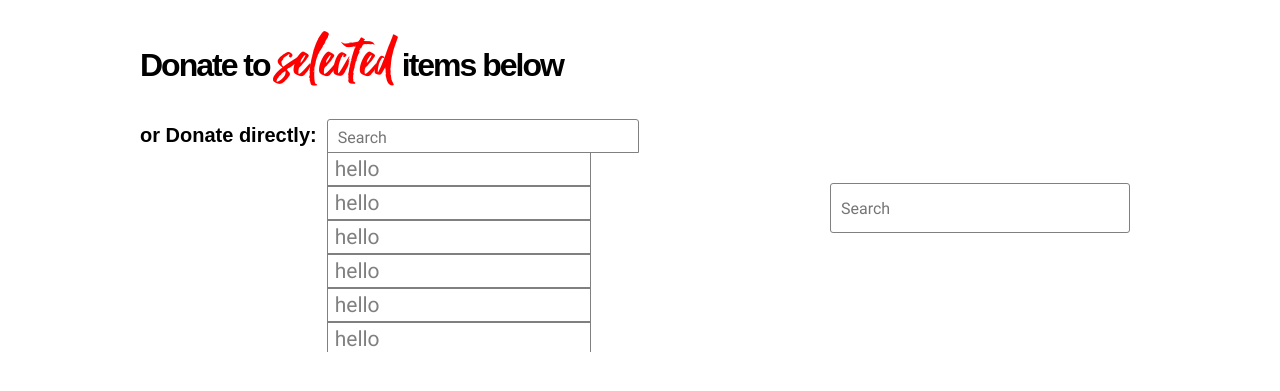
Repository: David-Waite/edableStyleChanges
Page: /
The author's editor kept a copy of each file at every save. The page is drawn from the files as they stood at one save, then again after the next save.
The browser window is 1280 px wide. The pictures show the whole page.
The project was rebuilt for these pictures with package versions that can differ from the ones it lists, and the page was loaded fresh each time. Also part of the build but not shown: src/components/Item/ProgressBar.css, src/components/Volunteer/Volunteer.tsx, src/components/DonorForm/Message.css, src/components/Volunteer/VolunteerError.tsx, src/components/Default.tsx, src/components/DonorForm/Paypal.tsx, src/components/DonorForm/DonorForm.tsx, src/components/DonorForm/PastDonations.css and 8 more.

Above is the page before, as saved 2022-11-09 19:50:44.

After the next save:
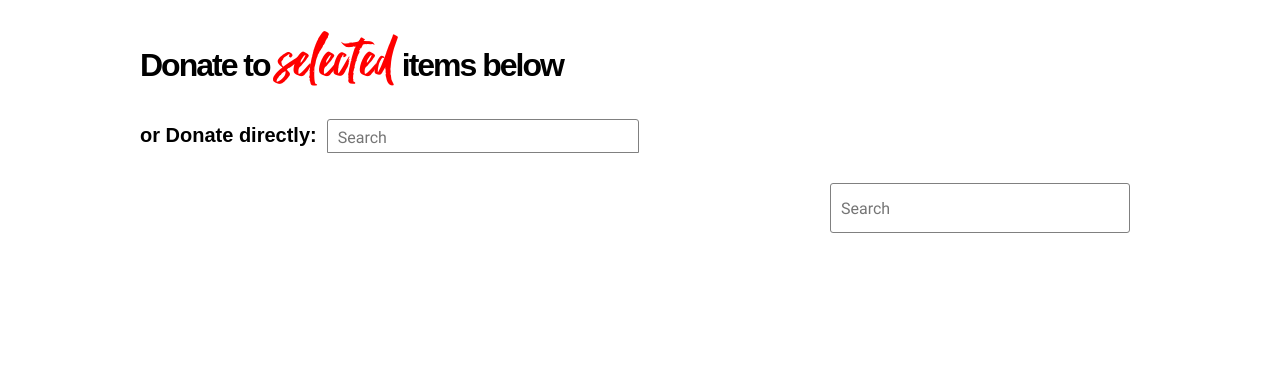
Saved 14 s later.
--- a/src/components/Landing/Landing.tsx
+++ b/src/components/Landing/Landing.tsx
@@ -128,29 +128,7 @@ function Landing() {
                 onChange={handleChange}
                 onClick={handleChange}
               />
-              <div className="orgNameCon">
-                <div className="orgName">
-                  <a>hello</a>
-                </div>
-                <div className="orgName">
-                  <a>hello</a>
-                </div>
-                <div className="orgName">
-                  <a>hello</a>
-                </div>
-                <div className="orgName">
-                  <a>hello</a>
-                </div>
-                <div className="orgName">
-                  <a>hello</a>
-                </div>
-                <div className="orgName">
-                  <a>hello</a>
-                </div>
-                <div className="orgName">
-                  <a>hello</a>
-                </div>
-              </div>
+              <div className="orgNameCon">{orgListNamesEL}</div>
             </div>
           </div>
         </div>
